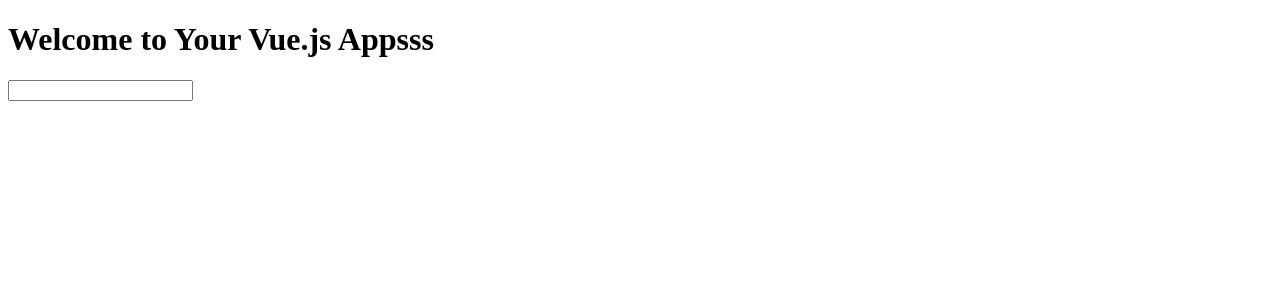
Repository: no-na-ka/test-validate
Page: /
The author's editor kept a copy of each file at every save. The page is drawn from the files as they stood at one save, then again after the next save.
The browser window is 1280 px wide. The pictures show the whole page.
The project was rebuilt for these pictures with package versions that can differ from the ones it lists, and the page was loaded fresh each time. Also part of the build but not shown: webpack.config.js.

Above is the page before, as saved 2019-03-27 17:31:39.

After the next save:
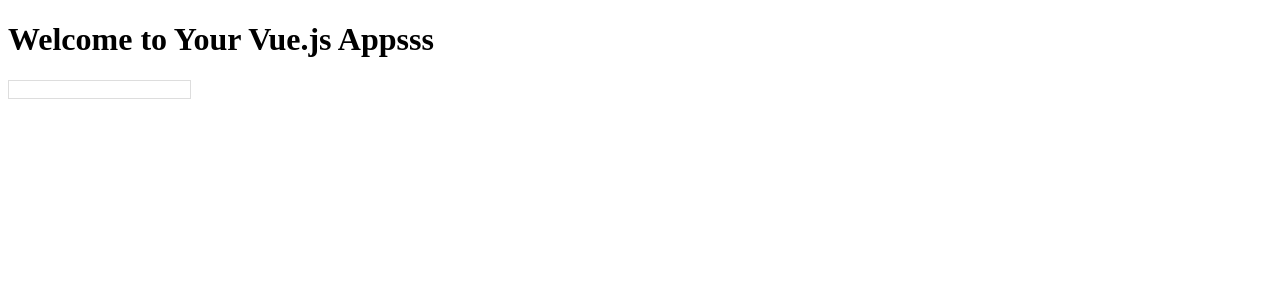
Saved 45 s later.
--- a/src/components/HelloWorld.vue
+++ b/src/components/HelloWorld.vue
@@ -15,3 +15,9 @@
   }
 }
 </script>
+
+<style>
+input {
+  border: 1px solid #ddd;
+}
+</style>

After the save that followed:
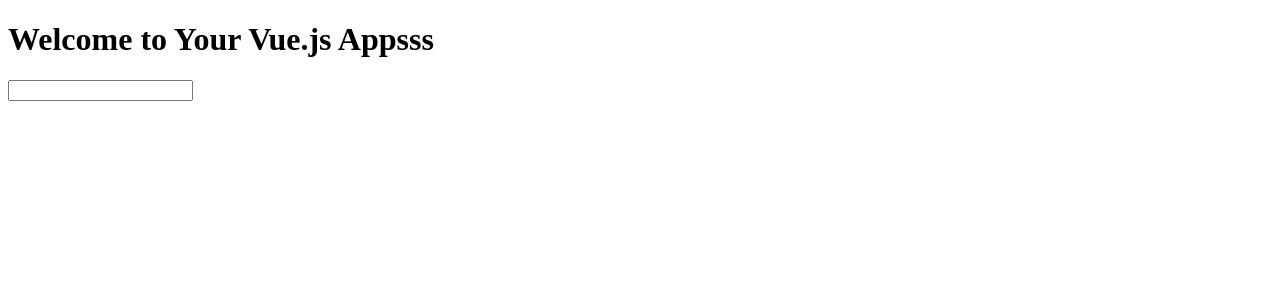
Saved 12 s later.
--- a/src/components/HelloWorld.vue
+++ b/src/components/HelloWorld.vue
@@ -15,9 +15,3 @@
   }
 }
 </script>
-
-<style>
-input {
-  border: 1px solid #ddd;
-}
-</style>
